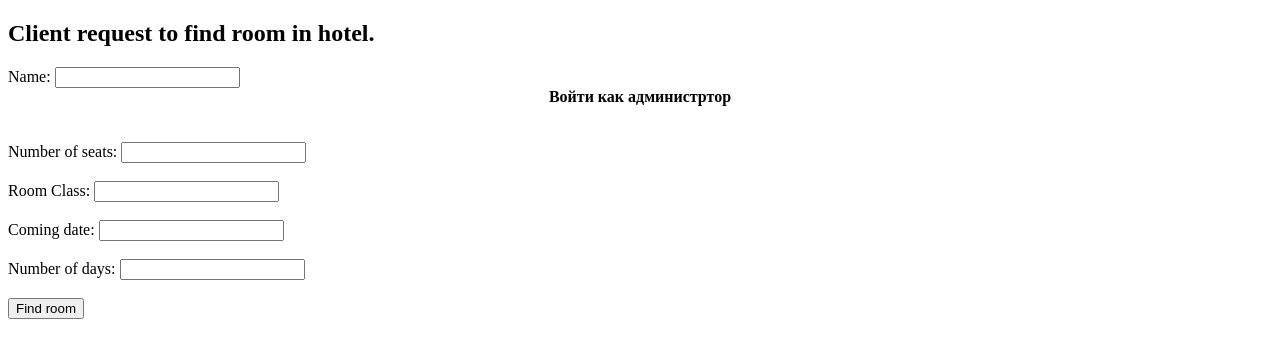
Repository: milosh-alexandr-by/ItAcademyJavaDeveloper
Page: http://localhost/HotelRequestSystem/ClientServlet.jsp
These files come from the project's save history. The page is drawn as it stood at one moment and after the next save; the edit follows.
The browser window is 1280 px wide. The pictures show the whole page.
The page is served by Tomcat 9. Other server files are loaded and not shown.

Above is the page before, as saved 2015-12-12 21:51:15.

### Project_WEB/HotelRequestSystem/WebContent/ClientServlet.jsp
<%@ page language="java" contentType="text/html; charset=UTF-8"
    pageEncoding="UTF-8"%>
<!DOCTYPE html PUBLIC "-//W3C//DTD HTML 4.01 Transitional//EN" "http://www.w3.org/TR/html4/loose.dtd">
<html>
<head>
<meta http-equiv="Content-Type" content="text/html; charset=UTF-8">
<title>Insert title here</title>
</head>
<body>

	<h2>Client request to find room in hotel.</h2>

	<form action="HotelRequestSystem" method="GET">
		Name: <input type="text" name="Name" /> <center><strong>Войти как администртор</strong></center> <br/><br/>
		Number of seats: <input type="text" name="NumberOfSeats" /> <br/><br/>
		Room Class: <input type="text" name="RoomClass" /> <br/><br/>
		Coming date: <input type="text" name="ComingDate" /> <br/><br/>
		Number of days: <input type="text" name="NumberOfDays" /> <br/><br/>
		<input type="submit" name="findRoom" value="Find room">
	</form>


</body>
</html>

After the next save:
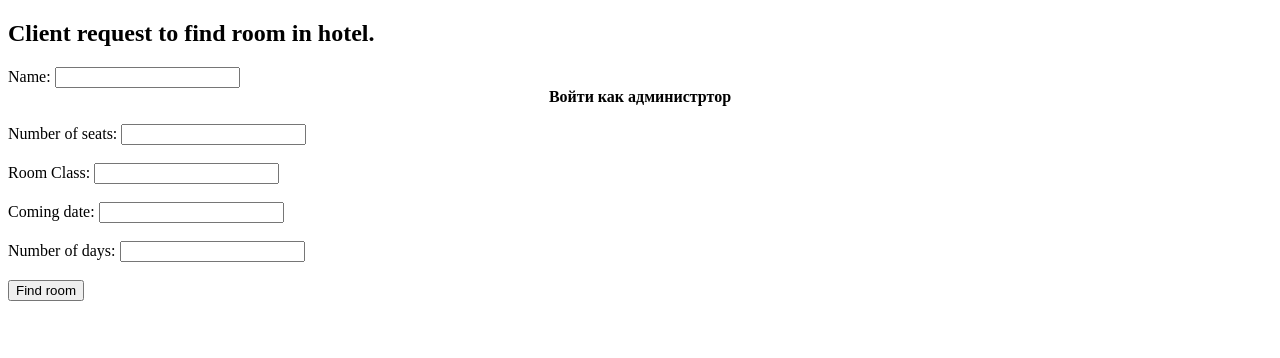
Saved 34 s later.
--- a/Project_WEB/HotelRequestSystem/WebContent/ClientServlet.jsp
+++ b/Project_WEB/HotelRequestSystem/WebContent/ClientServlet.jsp
@@ -11,7 +11,7 @@
 	<h2>Client request to find room in hotel.</h2>
 
 	<form action="HotelRequestSystem" method="GET">
-		Name: <input type="text" name="Name" /> <center><strong>Войти как администртор</strong></center> <br/><br/>
+		Name: <input type="text" name="Name" /> <center><strong>Войти как администртор</strong></center> <br/>
 		Number of seats: <input type="text" name="NumberOfSeats" /> <br/><br/>
 		Room Class: <input type="text" name="RoomClass" /> <br/><br/>
 		Coming date: <input type="text" name="ComingDate" /> <br/><br/>
